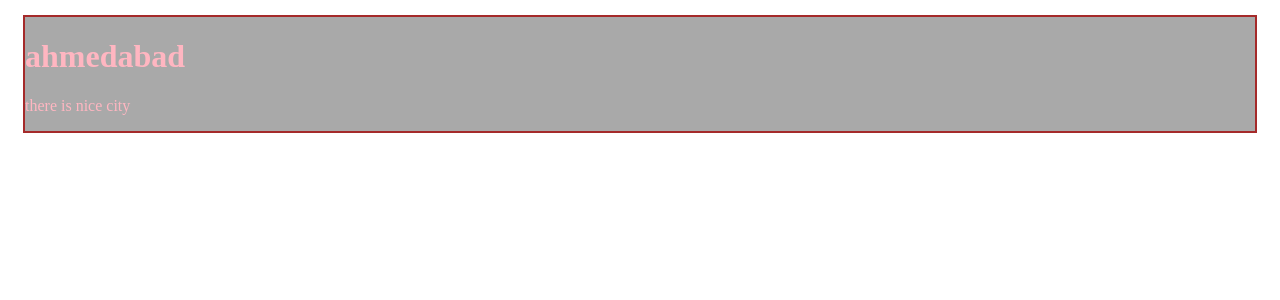
Repository: pratixa-chauhan/practice
Page: style/class.html
The author's editor kept a copy of each file at every save. The page is drawn from the files as they stood at one save, then again after the next save.
The browser window is 1280 px wide. The pictures show the whole page.

Above is the page before, as saved 2021-12-17 12:25:18.

After the next save:
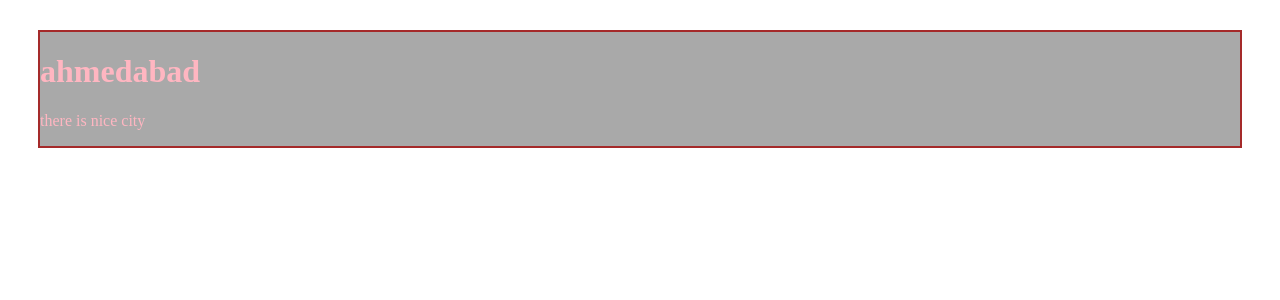
Saved 23 s later.
--- a/style/class.html
+++ b/style/class.html
@@ -6,7 +6,7 @@
                 background-color: darkgrey;
                 color: lightpink;
                 border: 2px solid brown;
-                margin: 15px;
+                margin: 30px;
 
             }
 
